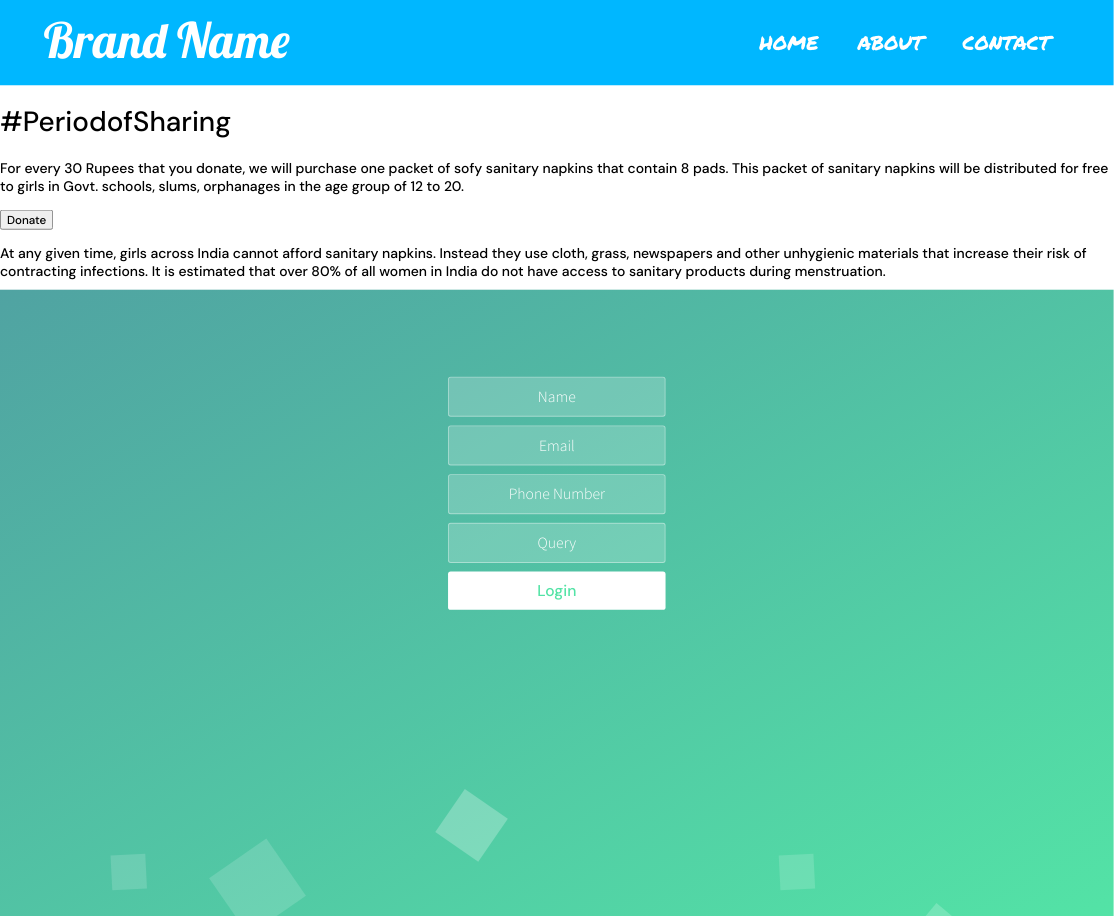
Repository: Jrap-bit/PeriodofSharing
Page: index.html
An editor plug-in stored every save of this project. The page is shown before and after the next save, followed by the edit.
The browser window is 1280 px wide. The pictures show the whole page, at 87% of full size.

Above is the page before, as saved 2022-01-14 00:16:09.

After the next save:
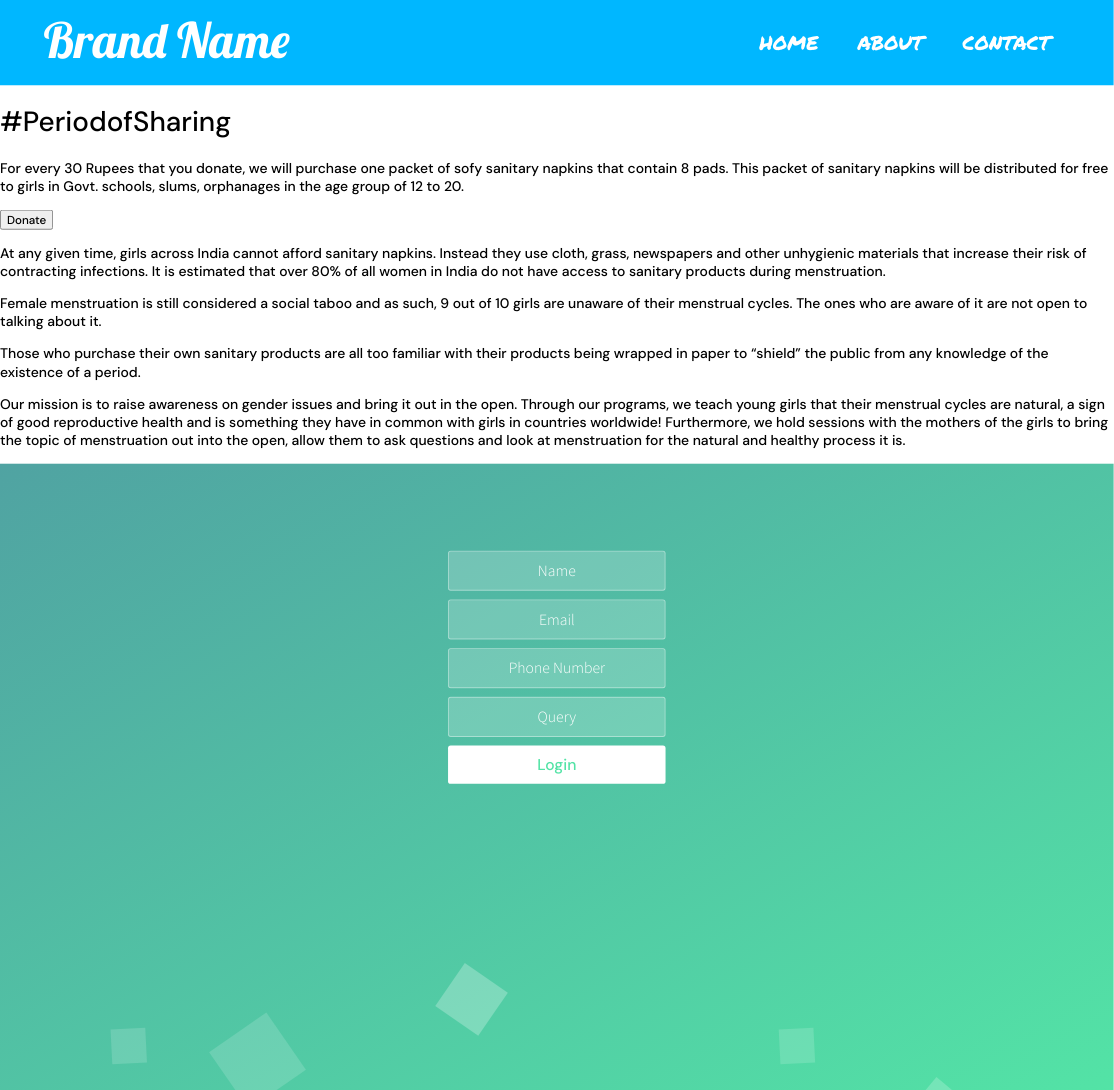
Saved 33 s later.
--- a/style.css
+++ b/style.css
@@ -49,7 +49,7 @@ body :-ms-input-placeholder {
     left: 0;
     width: 100%;
     height: 100vh;
-    margin-top: -200px;
+    /* margin-top: -200px; */
     overflow: hidden;
 }
 .wrapper.form-success .container h1 {
